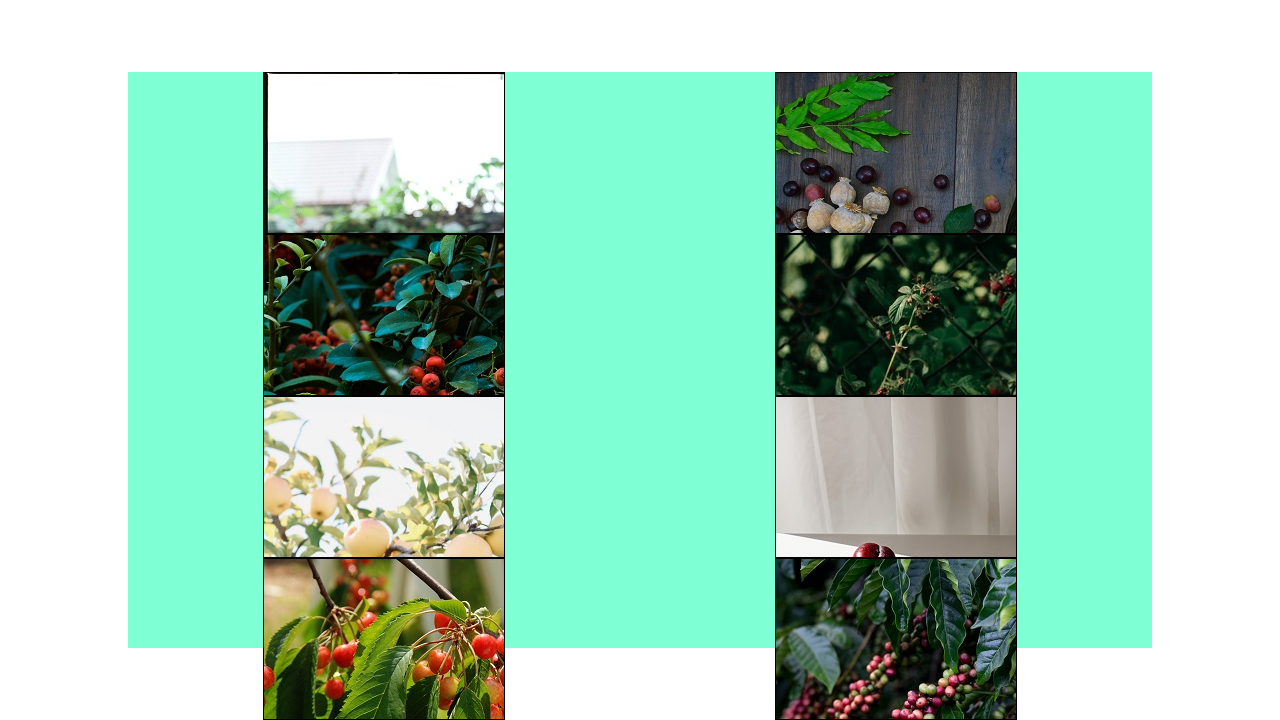
Repository: lidkaa/devTasks
Page: 0. Zadania Testowe/zadania/FlexboxCentered.html
An editor plug-in stored every save of this project. The page is shown before and after the next save, followed by the edit.
The browser window is 1280 px wide. The pictures show the whole page.

Above is the page before, as saved 2022-01-31 14:22:35.

After the next save:
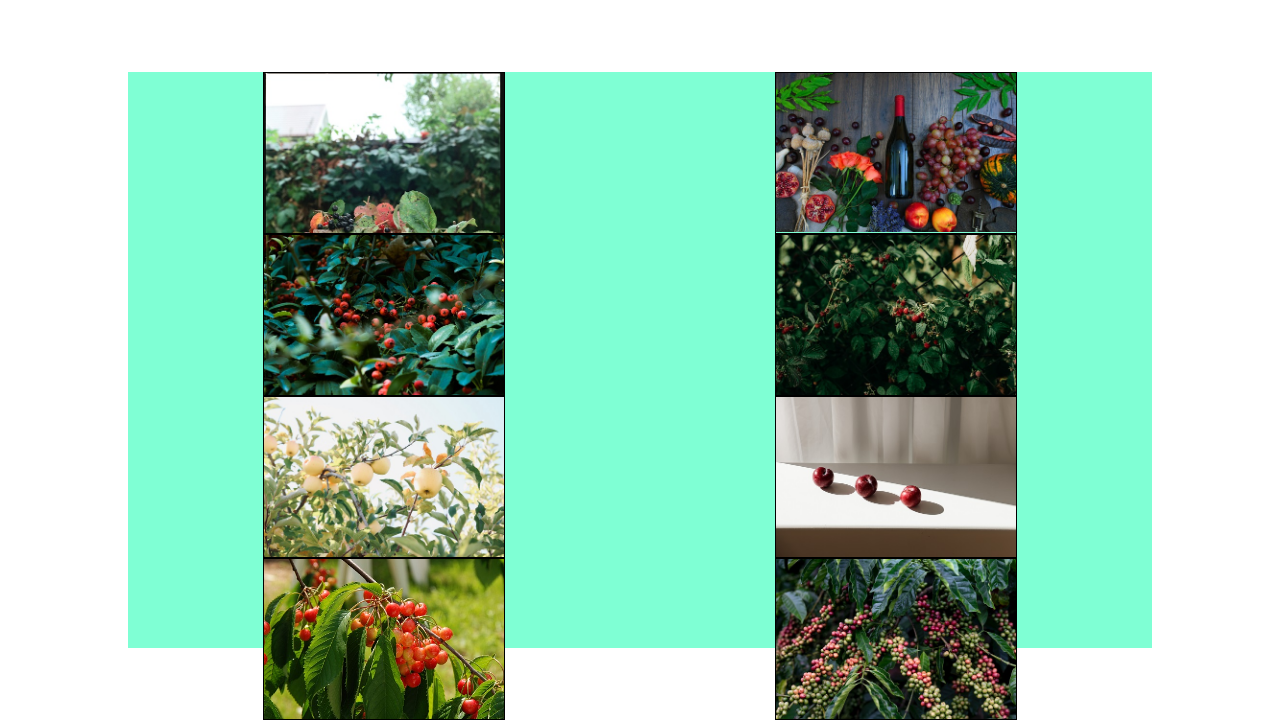
Saved 20 s later.
--- a/0. Zadania Testowe/zadania/flexboxcentered.css
+++ b/0. Zadania Testowe/zadania/flexboxcentered.css
@@ -33,5 +33,7 @@
 }
 
 img {
-    object-fit: cover;
+    max-width: 100%;
+    /* height: auto; */
+    object-fit: fill;
   }
